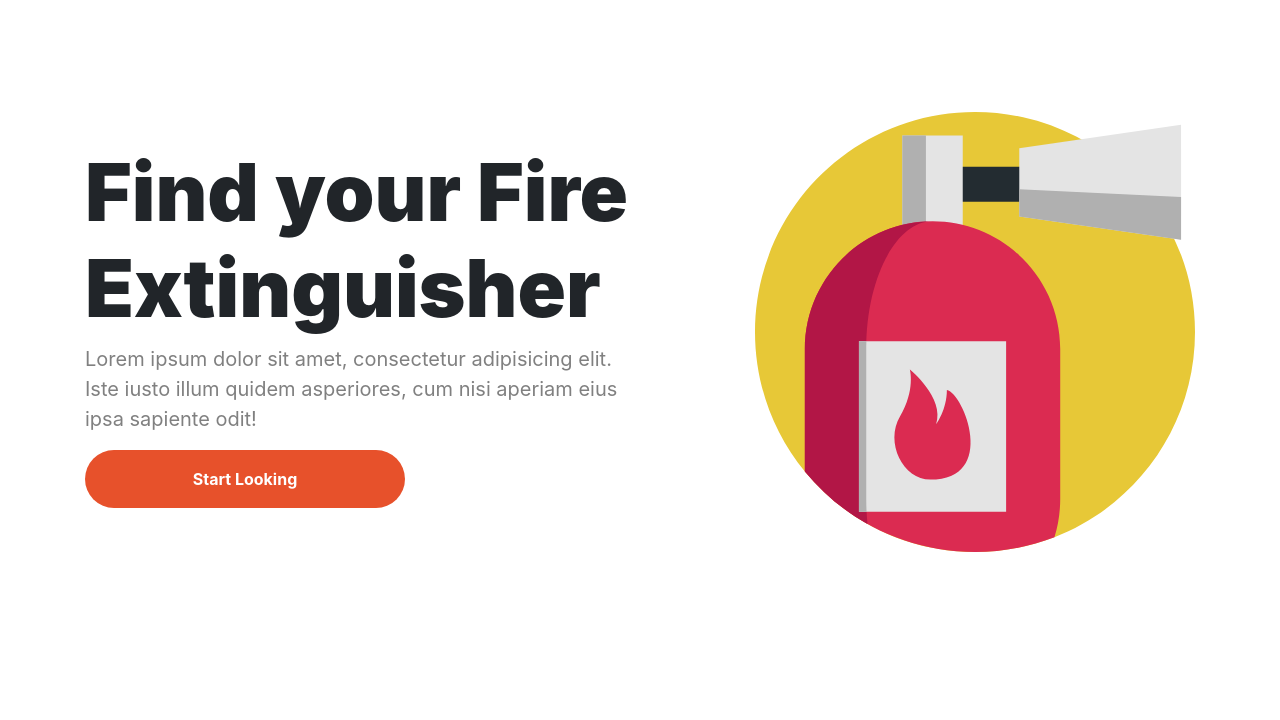
Repository: tomas938/Nuxt-crash-app
Page: /
An editor plug-in stored every save of this project. The page is shown before and after the next save, followed by the edit.
The browser window is 1280 px wide. The pictures show the whole page.
The project was rebuilt for these pictures with package versions that can differ from the ones it lists, and the page was loaded fresh each time. The framework's server and built-in components were replaced by stand-ins that run in the browser. Also part of the build but not shown: nuxt.config.js.

Above is the page before, as saved 2021-08-29 12:17:57.

After the next save:
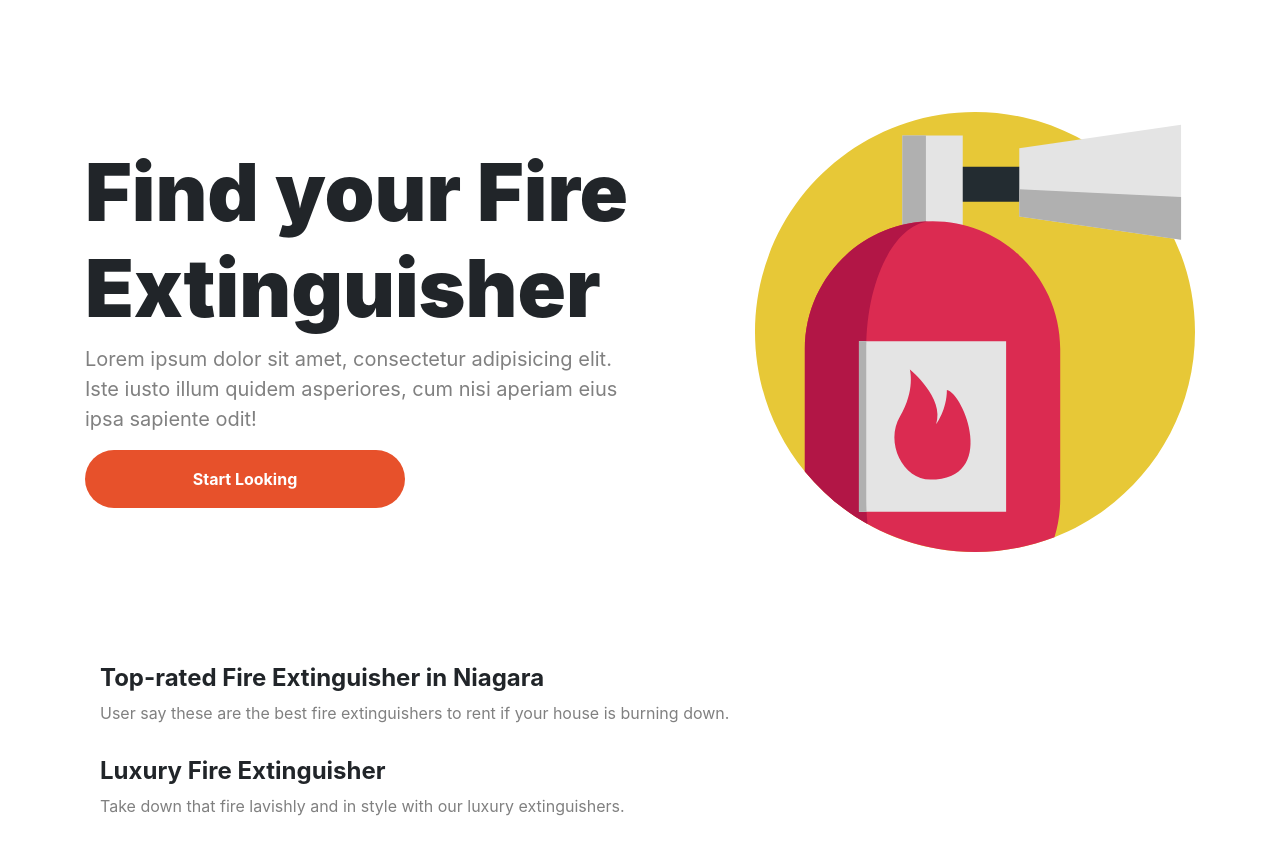
Saved 27 s later.
--- a/components/LargeCardDisplay.vue
+++ b/components/LargeCardDisplay.vue
@@ -1,10 +1,10 @@
 <template>
   <div class="container">
     <h4 class="header">
-      {{ CardSection.title }}
+      {{ cardSection.title }}
     </h4>
     <p class="snippet">
-      {{ CardSection.snippet }}
+      {{ cardSection.snippet }}
     </p>
     <div class="card-container"></div>
   </div>
@@ -12,7 +12,7 @@
 
 <script>
 export default {
-  props: ['CardSection'],
+  props: ['cardSection'],
 }
 </script>
 
